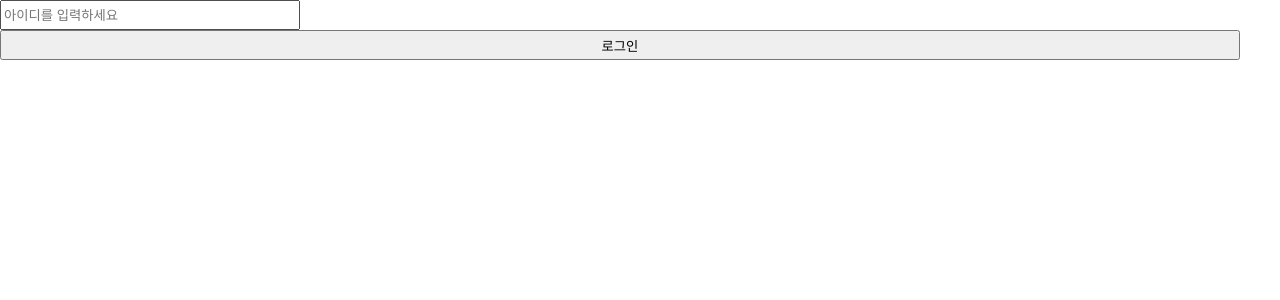
Repository: mekeyace/portfolio
Page: http://localhost/web/mobile.jsp
An editor plug-in stored every save of this project. The page is shown before and after the next save, followed by the edit.
The browser window is 1280 px wide. The pictures show the whole page.
The page is served by Tomcat 9. Other server files are loaded and not shown.

Above is the page before, as saved 2023-06-22 06:12:58.

### maven/web/src/main/webapp/mobile.jsp
<%@ page language="java" contentType="text/html; charset=UTF-8"
    pageEncoding="UTF-8"%>
<!DOCTYPE html>
<html>
<head>
<meta charset="UTF-8">
<meta name="viewport" content="width=device-width, initial-scale=1">
<title>모바일 전용 사용시 오브젝트 변화 (calc)</title>
<!-- 340 ~ 580px -->
<style>
body {
margin: 0;
padding: 0;
}
/* 540px */

/* 가로크기 :340px  -> Object크기 : 300px */
.mid {
width : calc(100% - 40px);
height: 30px;
box-sizing: border-box;
}
.btn{
width : calc(100% - 40px);
height:30px;
box-sizing: border-box;
}

@media screen and (min-width:341px) and (max-width:580px){
.mid {
max-width: 540px;
}
.btn{
max-width : 540px;
}
}

@media screen and (min-width:581px){
.mid {
	width:300px;
}
}

</style>
</head>
<body>
<input type="text" class="mid" placeholder="아이디를 입력하세요"><br>
<input type="submit" value="로그인" class="btn">
</body>
</html>

After the next save:
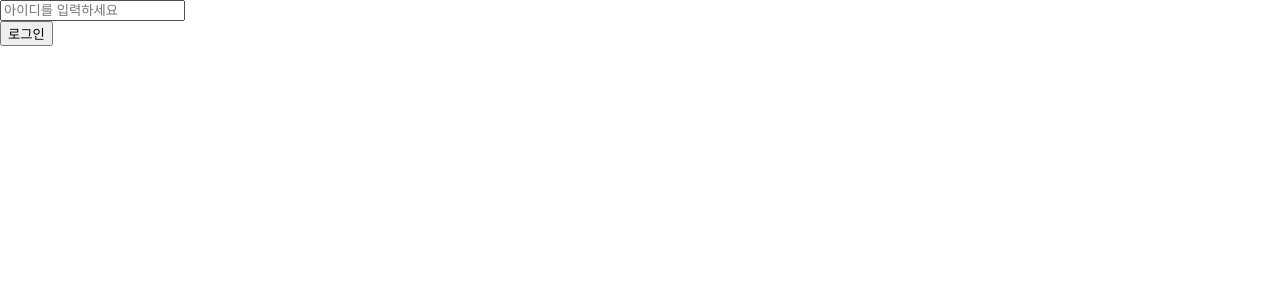
Saved 37 s later.
--- a/maven/web/src/main/webapp/mobile.jsp
+++ b/maven/web/src/main/webapp/mobile.jsp
@@ -15,6 +15,7 @@ padding: 0;
 /* 540px */
 
 /* 가로크기 :340px  -> Object크기 : 300px */
+@media screen and (max-width:340px){
 .mid {
 width : calc(100% - 40px);
 height: 30px;
@@ -24,6 +25,7 @@ box-sizing: border-box;
 width : calc(100% - 40px);
 height:30px;
 box-sizing: border-box;
+}
 }
 
 @media screen and (min-width:341px) and (max-width:580px){
@@ -35,11 +37,6 @@ max-width : 540px;
 }
 }
 
-@media screen and (min-width:581px){
-.mid {
-	width:300px;
-}
-}
 
 </style>
 </head>
